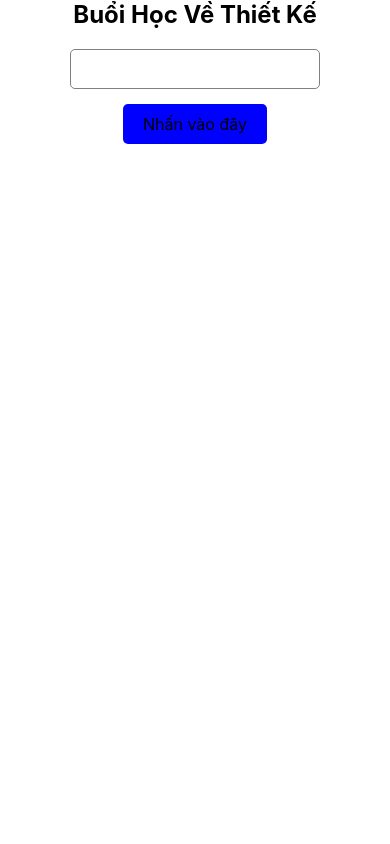
Repository: vanh1604/ExerciseReactNative
Screen: /
The author's editor kept a copy of each file at every save. The screen is drawn from the files as they stood at one save, then again after the next save.
The app was drawn by React Native's web renderer in a window 390 px wide. The project was rebuilt for these pictures with package versions that can differ from the ones it lists, and the page was loaded fresh each time. Also part of the build but not shown: components/Caption.js.

Above is the screen before, as saved 2023-09-09 10:31:18.

After the next save:
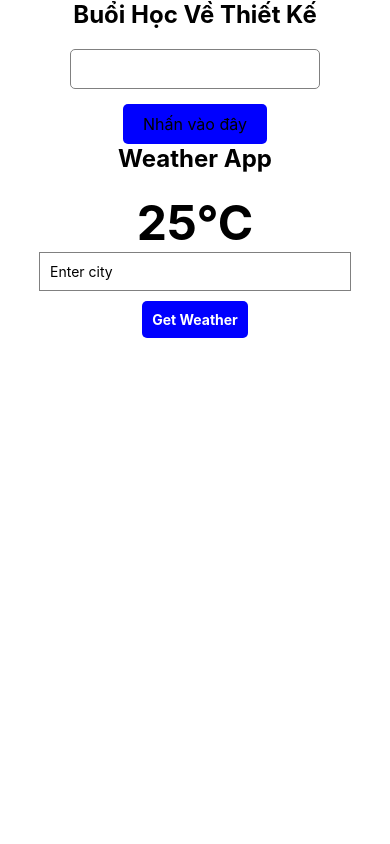
Saved 26 s later.
--- a/App.js
+++ b/App.js
@@ -7,6 +7,7 @@ export default function App() {
   return (
     <SafeAreaView>
       <LessonDesign />
+      <WeatherApp></WeatherApp>
     </SafeAreaView>
   );
 }
